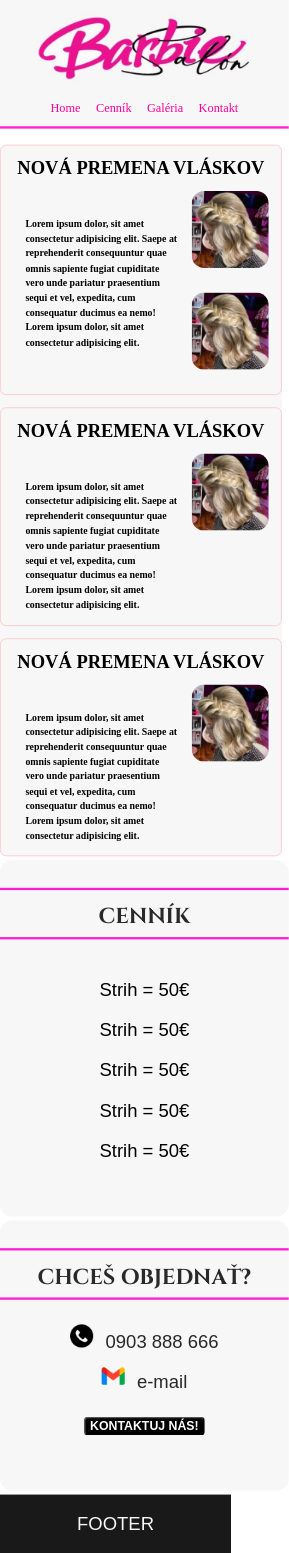
Repository: Badynko/Barbie-salon
Page: index.html
These files come from the project's save history. The page is drawn as it stood at one moment and after the next save; the edit follows.
The browser window is 375 px wide. The pictures show the whole page, at 77% of full size.
Some web fonts or font styles are not loaded; a fallback is used.

Above is the page before, as saved 2024-08-08 15:20:58.

### index.html
<!DOCTYPE html>
<html lang="en">
  <head>
    <meta charset="UTF-8" />
    <meta name="viewport" content="width=device-width, initial-scale=1.0" />
    <title>Barbie Salón</title>
    <link rel="stylesheet" href="css/style.css" />

    <link rel="preconnect" href="https://fonts.googleapis.com" />
    <link rel="preconnect" href="https://fonts.gstatic.com" crossorigin />
    <link
      href="https://fonts.googleapis.com/css2?family=Cinzel+Decorative:wght@400;700;900&family=Inter:wght@100..900&display=swap"
      rel="stylesheet"
    />

    <link rel="preconnect" href="https://fonts.googleapis.com" />
    <link rel="preconnect" href="https://fonts.gstatic.com" crossorigin />
    <link
      href="https://fonts.googleapis.com/css2?family=Cinzel+Decorative:wght@400;700;900&family=Cinzel:wght@400..900&family=Inter:wght@100..900&display=swap"
      rel="stylesheet"
    />

    <link rel="preconnect" href="https://fonts.googleapis.com" />
    <link rel="preconnect" href="https://fonts.gstatic.com" crossorigin />
    <link
      href="https://fonts.googleapis.com/css2?family=Cinzel+Decorative:wght@400;700;900&family=Cinzel:wght@400..900&family=Gupter:wght@400;500;700&family=Inter:wght@100..900&display=swap"
      rel="stylesheet"
    />
  </head>
  <body>
    <header>
      <div class="logo">
        <img src="img/logo-new.png" alt="logo" width="500px" height="auto" />
      </div>
      <nav>
        <ul class="menu">
          <li><a href="#">Home</a></li>
          <li><a href="#">Cenník</a></li>
          <li><a href="#">Galéria</a></li>
          <li><a href="#">Kontakt</a></li>
        </ul>
      </nav>
      <div class="social">
        <img src="img/fb.png" alt="FB" width="50px" height="auto" />
        <img src="img/ig.png" alt="IG" width="50px" height="auto" />
        <img src="img/tiktok.png" alt="tiktok" width="50px" height="auto" />
      </div>
    </header>
    <div class="main">
      <aside class="left">
        <h3 class="left-title">Chceš objednať?</h3>
        <ul class="termin-list">
          <li><img
              src="img/phone.png"
              alt="phone"
              width="30px"
              class="img-gmail"
            /><a href="#" class="contact-gmail"><a href="#">0903 888 666</a></li>
          <li>
            <img
              src="img/gmail.png"
              alt="gmail"
              width="30px"
              class="img-gmail"
            /><a href="#" class="contact-gmail">e-mail</a>
          </li>
        </ul>
        <button class="left-sub">Kontaktuj nás!</button>
      </aside>
      <main>
        <section class="container-main">
          <div class="post">
            <h4>Nová premena vláskov</h4>
            <div class="post-content">
              <p>
                Lorem ipsum dolor, sit amet consectetur adipisicing elit. Saepe
                at reprehenderit consequuntur quae omnis sapiente fugiat
                cupiditate vero unde pariatur praesentium sequi et vel,
                expedita, cum consequatur ducimus ea nemo! Lorem ipsum dolor,
                sit amet consectetur adipisicing elit.
              </p>

              <div class="img-flex">
              <img
                src="img/post.jpg"
                alt="hairs"
                width="1440px"
                height="1440px"
                class="post-img"
              />
              <img
                src="img/post.jpg"
                alt="hairs"
                width="1440px"
                height="1440px"
                class="post-img"
              />
              </div>
            </div>
          </div>
          <div class="post">
            <h4>Nová premena vláskov</h4>
            <div class="post-content">
              <p>
                Lorem ipsum dolor, sit amet consectetur adipisicing elit. Saepe
                at reprehenderit consequuntur quae omnis sapiente fugiat
                cupiditate vero unde pariatur praesentium sequi et vel,
                expedita, cum consequatur ducimus ea nemo! Lorem ipsum dolor,
                sit amet consectetur adipisicing elit.
              </p>
              <img
                src="img/post.jpg"
                alt="hairs"
                width="150px"
                class="post-img"
              />
            </div>
          </div>
          <div class="post">
            <h4>Nová premena vláskov</h4>
            <div class="post-content">
              <p>
                Lorem ipsum dolor, sit amet consectetur adipisicing elit. Saepe
                at reprehenderit consequuntur quae omnis sapiente fugiat
                cupiditate vero unde pariatur praesentium sequi et vel,
                expedita, cum consequatur ducimus ea nemo! Lorem ipsum dolor,
                sit amet consectetur adipisicing elit.
              </p>
              <img
                src="img/post.jpg"
                alt="hairs"
                width="150px"
                class="post-img"
              />
            </div>
          </div>
        </section>
      </main>
      <aside class="right">
        <h3 class="right-title">Cenník</h3>
        saidbad
        <ul class="prices">
          <li>
            <p class="price">Strih = 50€</p>
          </li>
          <li><p class="price">Strih = 50€</p></li>
          <li><p class="price">Strih = 50€</p></li>
          <li><p class="price">Strih = 50€</p></li>
          <li><p class="price">Strih = 50€</p></li>
        </ul>
      </aside>
    </div>
    <footer>FOOTER</footer>
  </body>
</html>

### css/style.css
* {
  margin: 0;
  box-sizing: border-box;
}

body {
  height: 95vh;
  font-family: sans-serif;
  text-align: center;
  color: #f7f7f7;
  font-size: 24px;
  display: flex;
  flex-direction: column;
  gap: 5px;
}

header {
  background: #f7f7f7;
  padding: 0;
  display: flex;
  flex-direction: row;
  align-items: center;
  border-bottom: 3px solid #fe1ed5;
  margin-bottom: 1rem;
}

.main {
  display: flex;
  flex: 1;
  gap: 5px;
}

.left {
  background: #f7f7f7;
  padding: 1.5em 0 3em 0;
  flex: 1 1 100px;
  margin-left: 1rem;

  border-radius: 1rem;
}

main {
  background: #f7f7f7;
  padding: 3em 0 3em 0;
  flex: 5 5 150px;

  border-radius: 1rem;
}

.right {
  background: #f7f7f7;
  padding: 1.5em 0 3em 0;
  margin-right: 1rem;

  border-radius: 1rem;
  flex: 1 1 150px;
}

footer {
  background: #191919;
  padding: 1em 0 1em 0;
}

/* CONTENT */

img {
  margin: 0;
  padding: 0;
}

nav {
  margin-left: 1rem;
  font-family: "Cinzel Decorative", serif;
  font-weight: 400;
  font-style: normal;
}

ul {
  padding-bottom: 0;
  padding-left: 0;
}

.menu a:link {
  text-decoration: none;
  padding-right: 3rem;
  margin-right: 0;

  background-color: #f7f7f7;
  padding: 10px 20px;
  color: #ff009d;
  border-radius: 10px;
  text-decoration: none;
}

.menu a:visited {
  color: #ff009d;
}

.menu a:hover {
  font-weight: 800;
}

.menu li {
  display: inline-block;
}

.left-title {
  padding-top: 1rem;
  padding-bottom: 0.5rem;
  text-transform: uppercase;
  color: rgb(41, 41, 41);
  border-top: 3px solid #fe1ed5;
  border-bottom: 3px solid #fe1ed5;
  font-family: "Cinzel", serif;
}

.right-title {
  padding-top: 1rem;
  padding-bottom: 0.5rem;
  text-transform: uppercase;
  color: rgb(41, 41, 41);
  border-top: 3px solid #fe1ed5;
  border-bottom: 3px solid #fe1ed5;
  font-family: "Cinzel", serif;
}

.termin-list {
  list-style: none;
  padding-left: 0;
  padding-top: 1rem;
}

.termin-list li {
  padding-top: 1rem;
  color: #282828;
}

.termin-list a:link {
  text-decoration: none;
  color: #282828;
}

.termin-list a:visited {
  text-decoration: none;
  color: #282828;
}

.date-list a:link {
  text-decoration: none;
  color: #282828;
}

.date-list a:visited {
  text-decoration: none;
  color: #282828;
}

.left-sub {
  margin-top: 2rem;
  font-size: 1rem;
  color: white;
  background: black;
  border-radius: 5px;
  text-transform: uppercase;
  font-weight: 600;
}
.post {
  border-radius: 0.5rem;
  background-color: #f7f7f7;
  margin-left: 100px;
  margin-right: 100px;
  padding-bottom: 1rem;
  border: 1px solid pink;
}

.post h4 {
  color: #000;
  padding-top: 1rem;
  font-family: "Gupter", serif;
  text-transform: uppercase;
}

.post p {
  color: #000;
  font-size: 1rem;
  text-align: left;

  margin-top: 50px;
  margin-left: 2rem;
  width: 60%;
}

.post-content {
  display: flex;
  flex-direction: row;
  justify-content: space-between;
}

.post-content p {
  font-size: 0.8rem;
  line-height: 1.5;
  font-family: "Gupter", serif;
  font-weight: 600;
  letter-spacing: 1.2;
}

.post-img {
  width: 200px;
  height: auto;
  margin: 1rem;
  border-radius: 1rem;
}

.logo img {
}

.social {
  margin-right: 3rem;
  display: flex;
  flex: 1 1;
  flex-direction: row;
  justify-content: flex-end;
  gap: 2rem;
}

.container-main {
  display: flex;
  flex-direction: column;
  gap: 1rem;
  font-family: "Cinzel", serif;
}

.contact-gmail {
  margin-top: -10px;
}

.img-gmail {
  margin-right: 1rem;
}

.prices {
  color: #000;
  list-style: none;
}

.price {
  margin-top: 1.5rem;
}

@media all and (max-width: 550px) {
  body {
    max-width: 100%;
  }
  .main {
    flex-direction: column;
  }

  main {
    padding: 0;
  }

  header {
    flex-direction: column;
    flex: 1 1;
  }

  .logo img {
    max-height: 100%;
    max-width: 300px;
    overflow: hidden;
  }

  .img-flex {
    display: flex;
    flex-direction: column;
  }

  .post img {
    width: 100px;
    height: 100px;
  }

  .left {
    margin-left: 0;
    width: 100%;
    order: 2;
  }

  .post {
    margin-left: 0;
    margin-right: 0;
    flex: 1 1;
  }

  .post-content p {
    letter-spacing: 1.3;
    max-width: 200px;
  }

  .right {
    flex: 1 1 100px;
    width: 100%;
  }

  footer {
    width: 80%;
  }

  nav {
    font-size: 1rem;
    margin-bottom: 15px;
  }

  .menu a:link {
    padding: 0;
    margin-right: 1rem;
  }

  .social {
    display: none;
  }

  .main {
    order: 0;
    align-items: start;
    justify-content: center;
  }
}

After the next save:
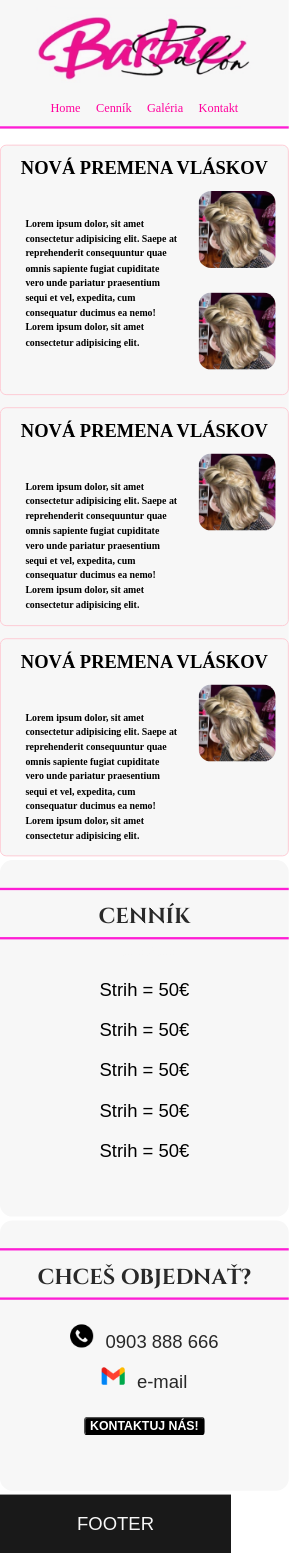
Saved 76 s later.
--- a/css/style.css
+++ b/css/style.css
@@ -322,7 +322,6 @@
 
   .main {
     order: 0;
-    align-items: start;
     justify-content: center;
   }
 }
